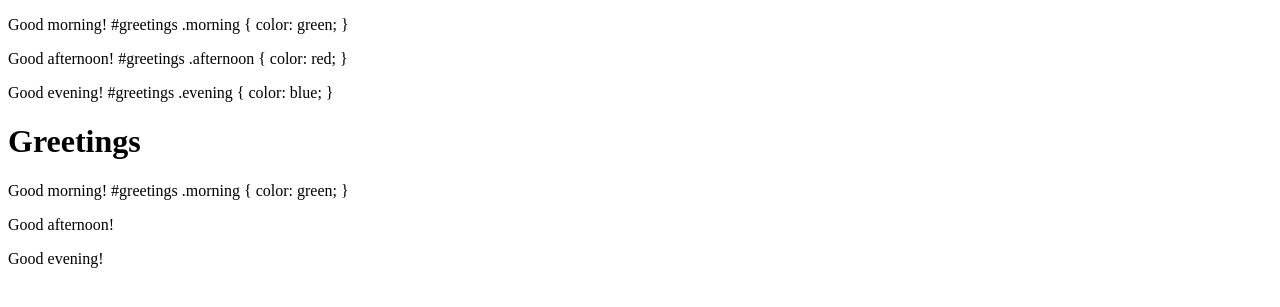
Repository: MomoeTeruya/microposts
Page: exam.html
The author's editor kept a record of every edit. The page is drawn from the files as they stood at one moment, then again after the next edit.
The browser window is 1280 px wide. The pictures show the whole page.

Above is the page before.

After the next edit:
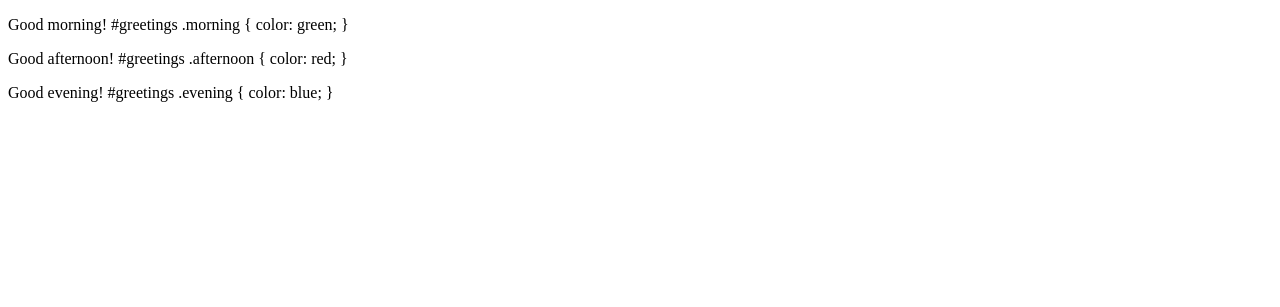
The edit:
--- a/exam.html
+++ b/exam.html
@@ -28,32 +28,6 @@
 }
     </p>
    </div>
+
   </body>
 </html>
-
-
-
-
-
-
-
-
-  <body>
-<h1>Greetings</h1>
-
-  <div>
-    <p>
-    Good morning!
-    #greetings .morning {
-  color: green;
-}
-    </p>
-    <p>
-    Good afternoon!
-    </p>
-    <p>
-    Good evening!
-    </p>
-  </div>
-</body>
-</html>
